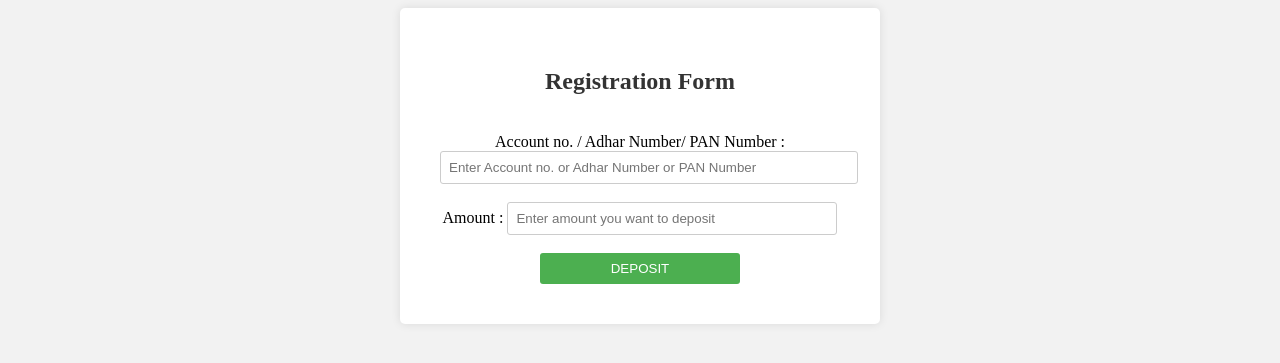
Repository: mansistic-0n3/Java_IGT
Page: Java Project/BankJSP/src/main/webapp/Deposit.html
The author's editor kept a copy of each file at every save. The page is drawn from the files as they stood at one save, then again after the next save.
The browser window is 1280 px wide. The pictures show the whole page.

Above is the page before, as saved 2023-06-28 21:48:43.

After the next save:
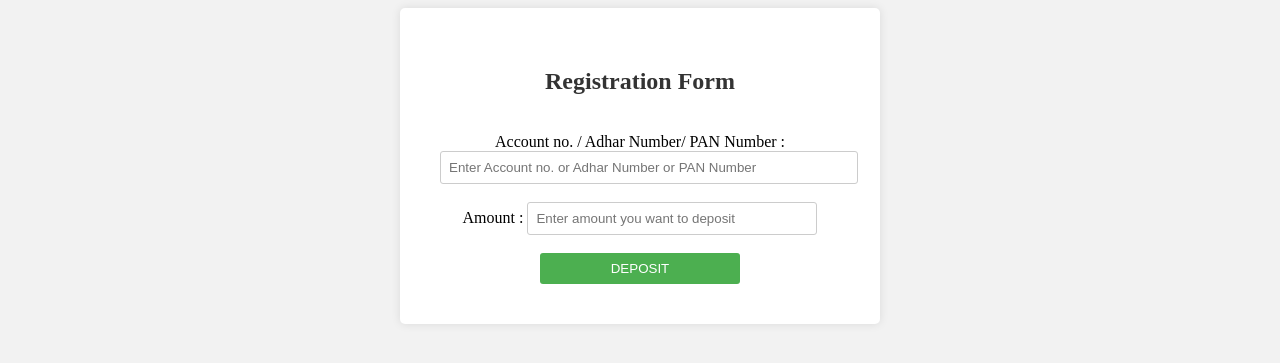
Saved 23 s later.
--- a/Java Project/BankJSP/src/main/webapp/Deposit.html
+++ b/Java Project/BankJSP/src/main/webapp/Deposit.html
@@ -10,7 +10,7 @@
       <br>
         Account no. / Adhar Number/ PAN Number : <input type="text" name="name" placeholder="Enter Account no. or Adhar Number or PAN Number" style="width: 100%; padding: 8px; border-radius: 3px; border: 1px solid #cccccc;">
       <br><br>
-        Amount :   <input type="password" name="pass" placeholder="Enter amount you want to deposit" style="width: 78%; padding: 8px; border-radius: 3px; border: 1px solid #cccccc;">
+        Amount :   <input type="password" name="pass" placeholder="Enter amount you want to deposit" style="width: 68%; padding: 8px; border-radius: 3px; border: 1px solid #cccccc;">
       <br><br>
         <button type="submit" style="width: 50%; padding: 8px; border-radius: 3px; border: none; background-color: #4CAF50; color: #ffffff; cursor: pointer;">DEPOSIT</button>
   </form></div>
